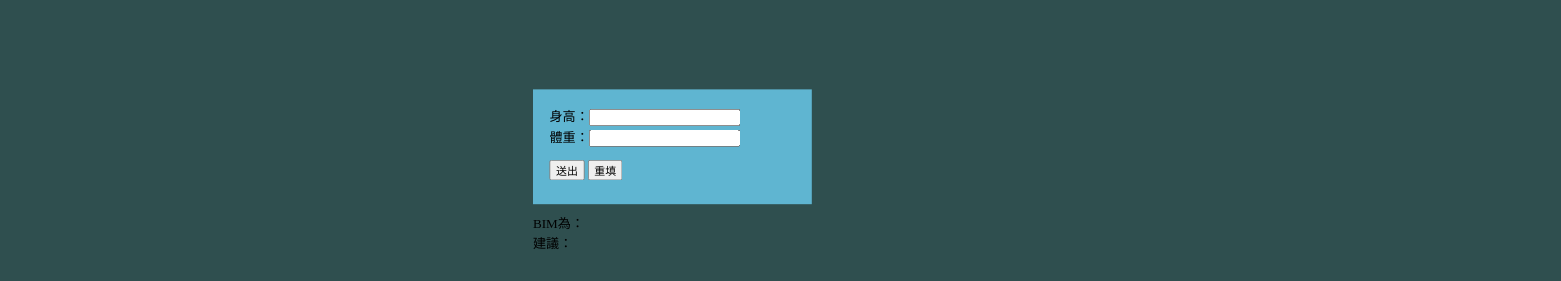
Repository: Digi-Duck/cybercube
Page: 12- 張雅婷/1117-bmi.html
The author's editor kept a copy of each file at every save. The page is drawn from the files as they stood at one save, then again after the next save.
The browser window is 1280 px wide. The page is 1904 px wide, so the pictures cover 1904 px, including what lies to the right of the window. The pictures show the whole page, at 82% of full size.

Above is the page before, as saved 2022-11-24 13:54:00.

After the next save:
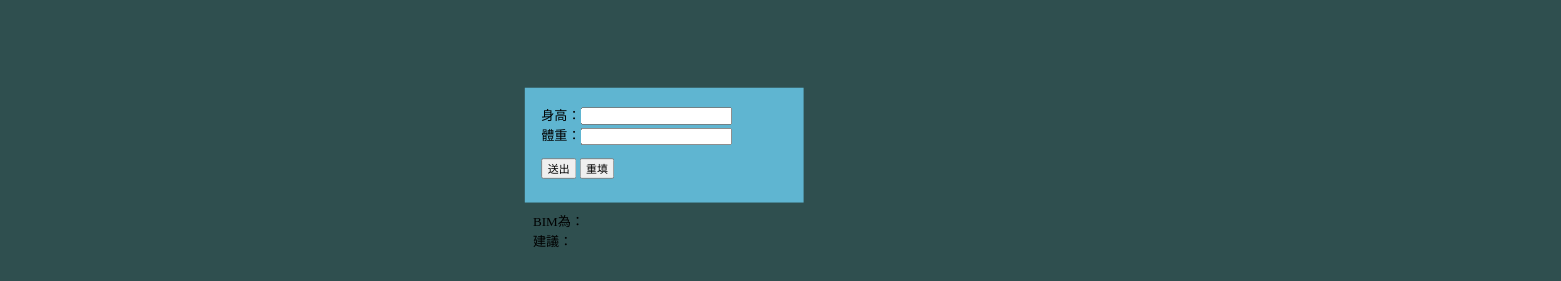
Saved 11 s later.
--- a/12- 張雅婷/bmi.css
+++ b/12- 張雅婷/bmi.css
@@ -1,7 +1,7 @@
 .bmi_input{
     width: 300px;
     height: 100px;
-    margin: 10px;
+
     align-items: center;
     background-color: #5fb5d1;
     padding: 20px;
